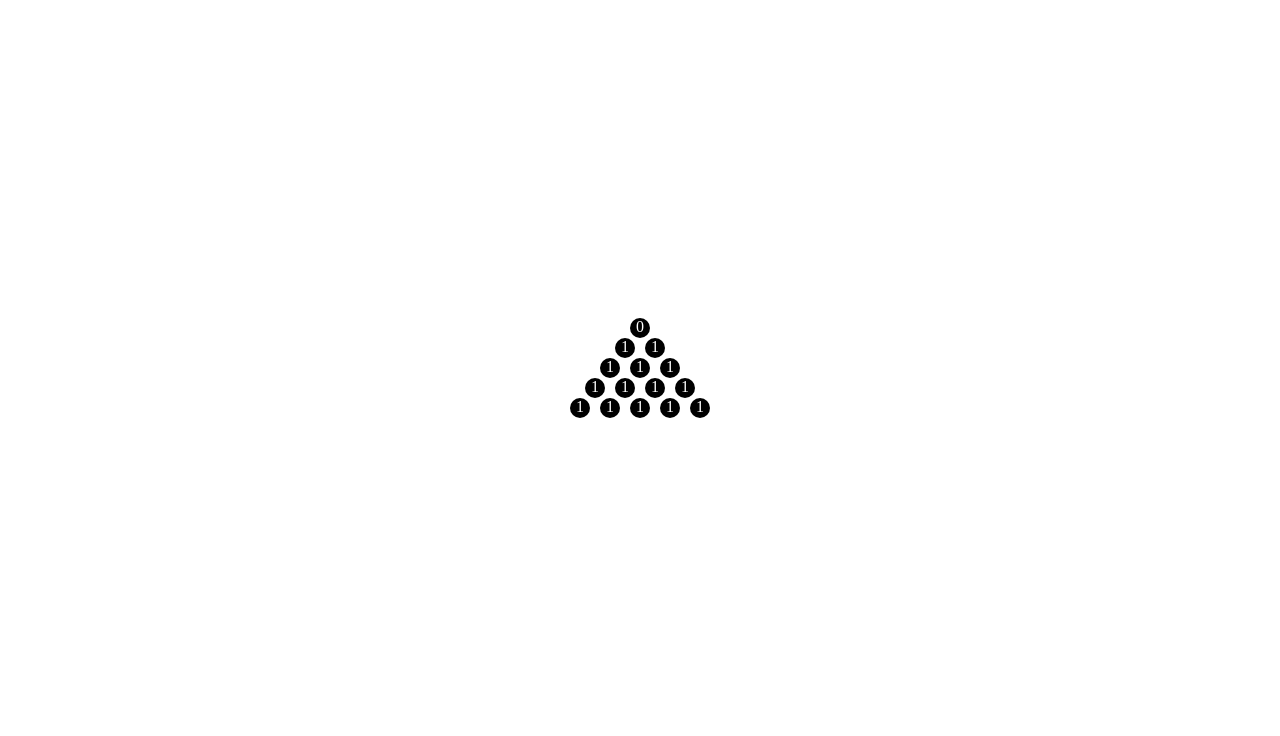
Repository: Yash19075/Mathematical-Peg-game
Page: Peg-game.html
The author's editor kept a copy of each file at every save. The page is drawn from the files as they stood at one save, then again after the next save.
The browser window is 1280 px wide. The pictures show the whole page.

Above is the page before, as saved 2025-03-15 11:58:07.

### Peg-game.html
<!DOCTYPE html>
<html lang="en">
<head>
    <meta charset="UTF-8">
    <meta name="viewport" content="width=device-width, initial-scale=1.0">
    <title>Peg game</title>
    <link rel="stylesheet" href="Peg-game.css">
</head>
<body>
    <div class="peg-board">
    <div class="row">
        <div class="peg">0</div>
    </div>
    <div class="row">
        <div class="peg">1</div>
        <div class="peg">1</div>
    </div>
    <div class="row">
        <div class="peg">1</div>
        <div class="peg">1</div>
        <div class="peg">1</div>
    </div>
    <div class="row">
        <div class="peg">1</div>
        <div class="peg">1</div>
        <div class="peg">1</div>
        <div class="peg">1</div>
    </div>
    <div class="row">
        <div class="peg">1</div>
        <div class="peg">1</div>
        <div class="peg">1</div>
        <div class="peg">1</div>
        <div class="peg">1</div>
    </div>
    </div>
</body>
</html>

### Peg-game.css
body {
    height: 100vh;
    display: flex;
    justify-content: center;
    align-items: center;
}

.row {
    display: flex;
    gap: 10px;
    justify-content: center;
}

.peg-board {
    display: flex;
    flex-direction: column;
    align-items: center;
}

.peg{
    border-radius: 50%;
    background-color: black;
    color: white;
    width: 20px;
    /* align-items: center; */
    height: 20px;
    text-align: center;
}

After the next save:
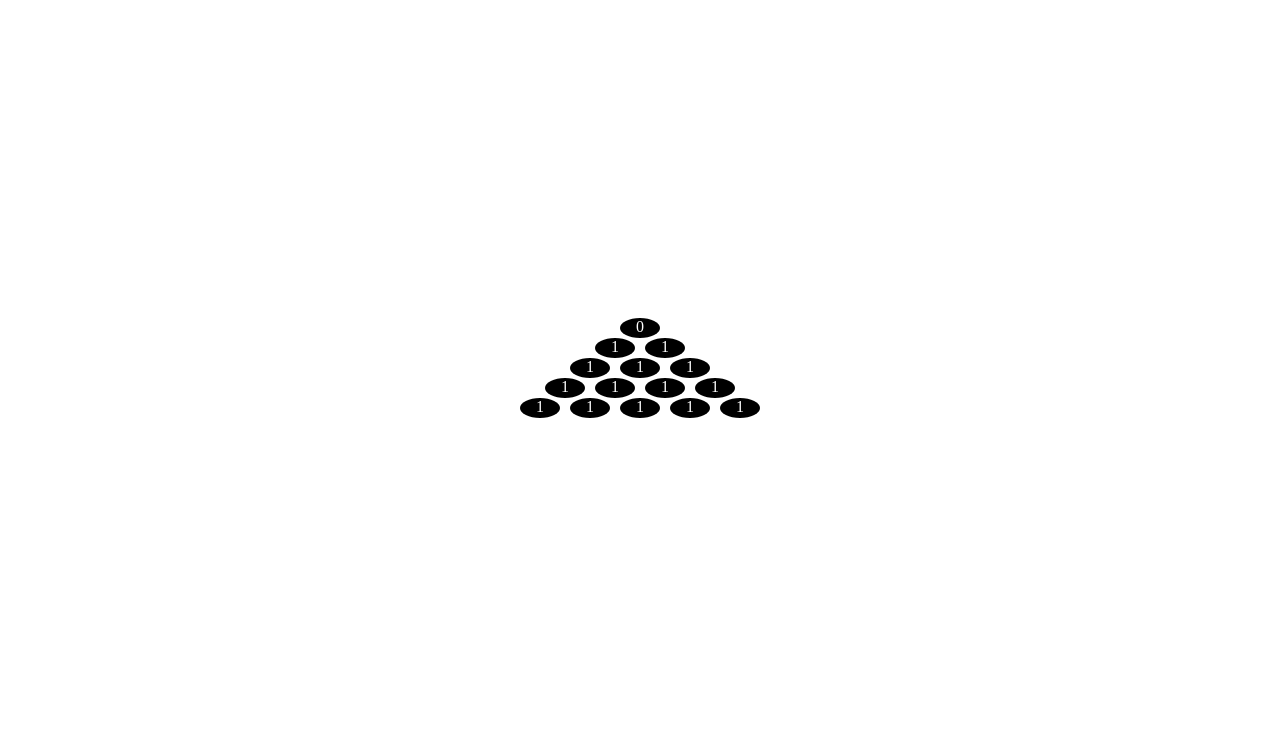
Saved 48 s later.
--- a/Peg-game.css
+++ b/Peg-game.css
@@ -21,7 +21,7 @@ body {
     border-radius: 50%;
     background-color: black;
     color: white;
-    width: 20px;
+    width: 40px;
     /* align-items: center; */
     height: 20px;
     text-align: center;
